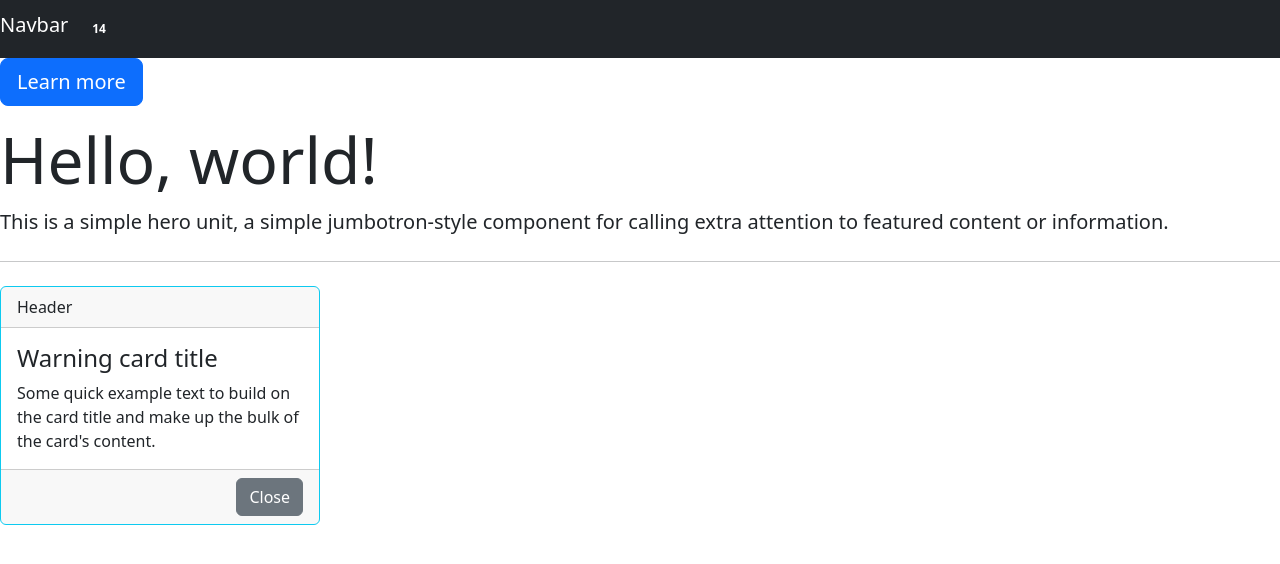
Repository: hasmelash/gitskill
Page: /
An editor plug-in stored every save of this project. The page is shown before and after the next save, followed by the edit.
The browser window is 1280 px wide. The pictures show the whole page.
The project was rebuilt for these pictures with package versions that can differ from the ones it lists, and the page was loaded fresh each time. Also part of the build but not shown: src/App.css.

Above is the page before, as saved 2019-08-29 23:35:06.

After the next save:
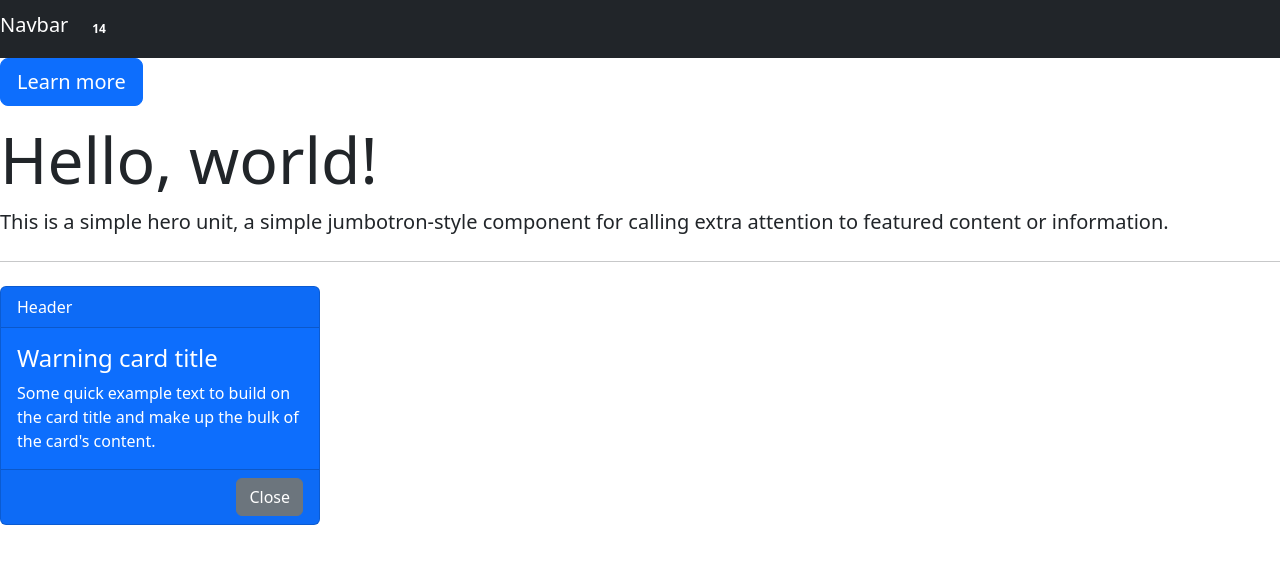
Saved 112 s later.
--- a/src/NoteComponent/NoteComponent.js
+++ b/src/NoteComponent/NoteComponent.js
@@ -5,7 +5,7 @@ import 'bootstrap/dist/js/bootstrap.bundle.min';
 class Note extends React.Component{
     render(){
         return (
-            <div class="card border-info mb-3" style={{maxWidth: '20rem'}}>
+            <div class="card text-white bg-primary mb-3" style={{maxWidth: '20rem'}}>
                 <div class="card-header">Header</div>
                     <div class="card-body">
                         <h4 class="card-title">Warning card title</h4>
